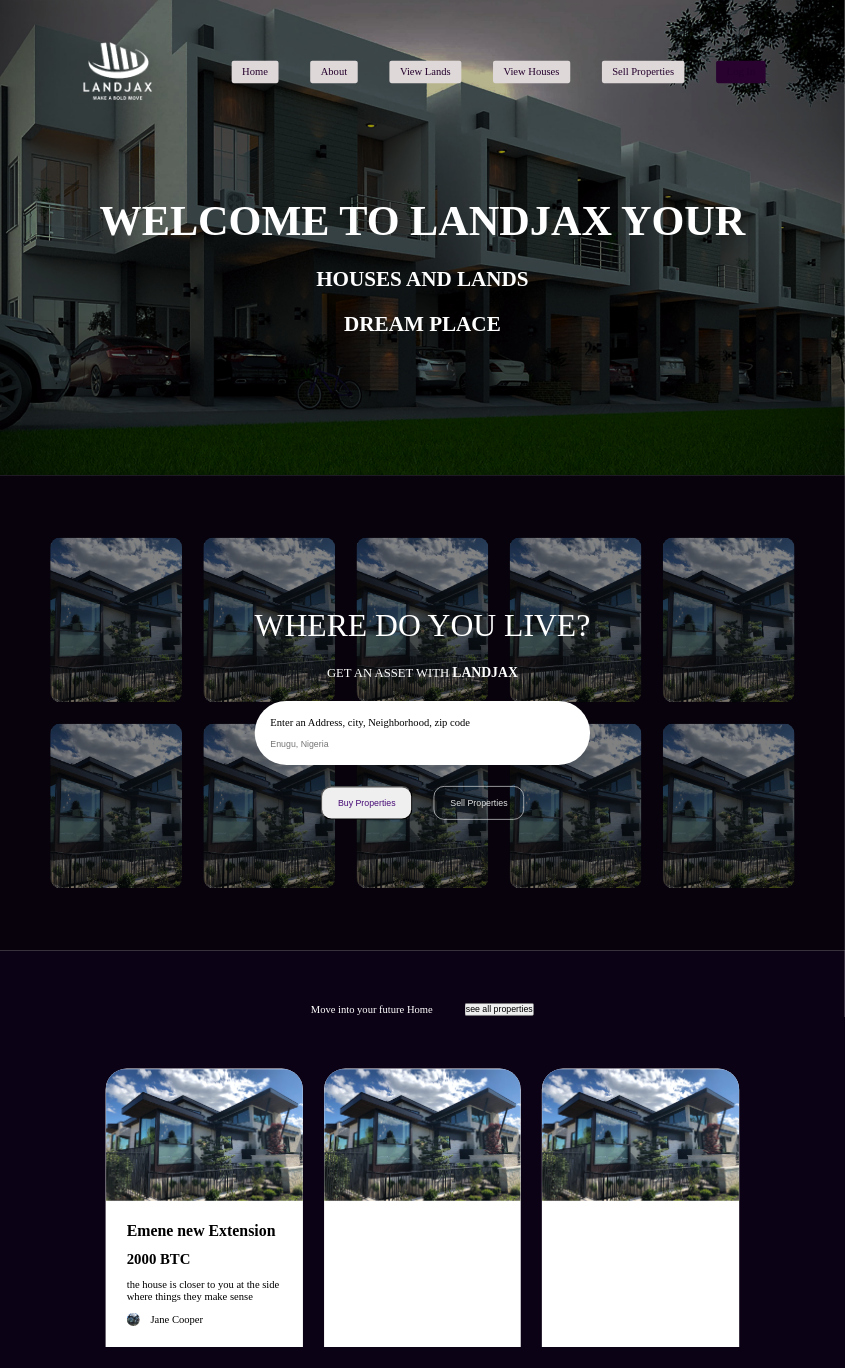
Repository: NorVirae/landjax-frontend
Page: /
An editor plug-in stored every save of this project. The page is shown before and after a run of saves, followed by the edit.
The browser window is 1280 px wide. The pictures show the whole page, at 66% of full size.
The project was rebuilt for these pictures with package versions that can differ from the ones it lists, and the page was loaded fresh each time. The framework's server and built-in components were replaced by stand-ins that run in the browser. Also part of the build but not shown: next.config.js.

Above is the page before, as saved 2022-07-03 06:41:50.

After the next 2 saves:
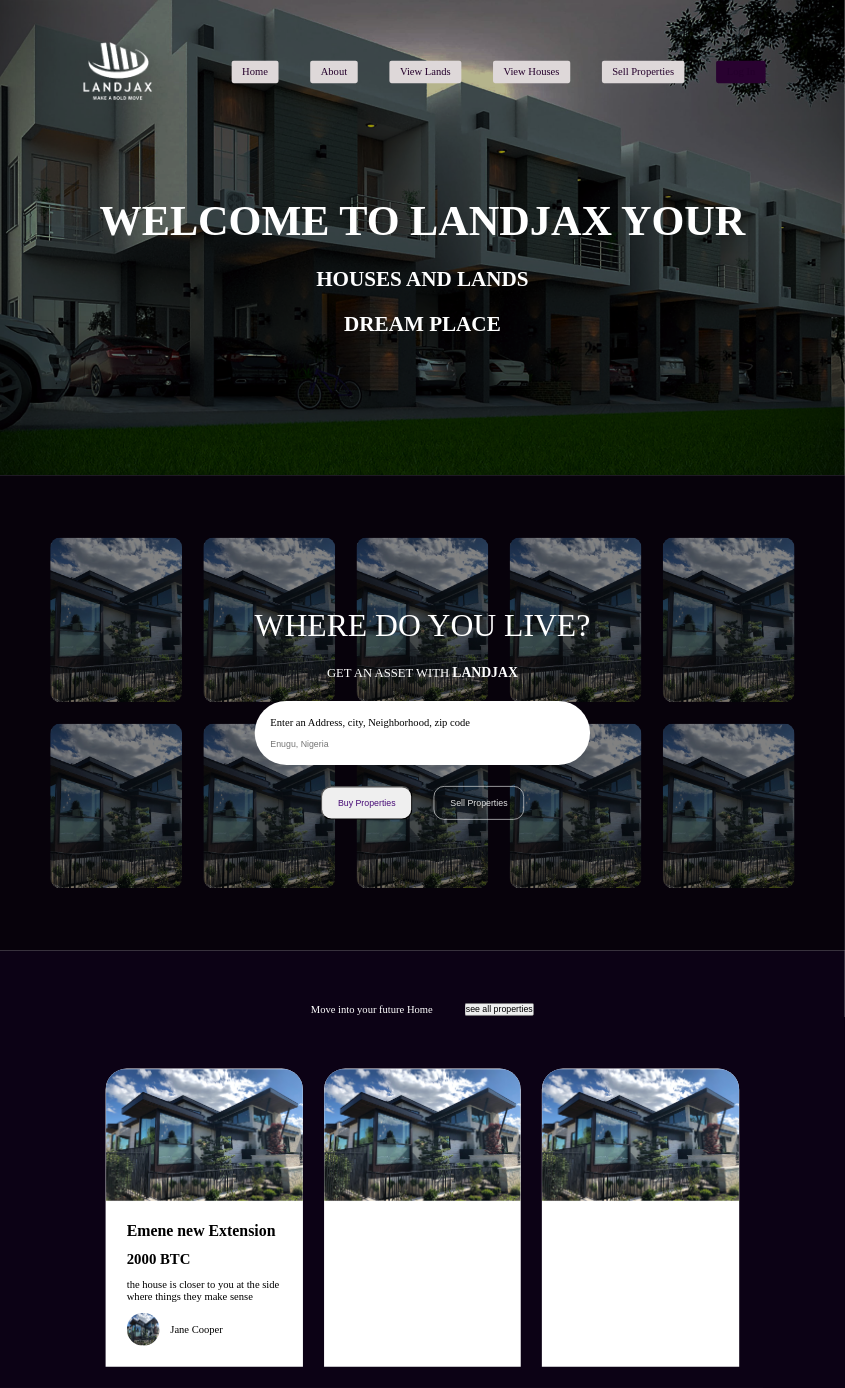
The 2 saves are shown as one change because they came seconds apart.
The last was saved 21 s later.
--- a/pages/index.tsx
+++ b/pages/index.tsx
@@ -89,7 +89,7 @@
                 </p>
 
                 <div className='future__profile-container'>
-                  <Image src={HouseImg} height="20rem" width={"20rem"} className="future__profile-img" />
+                  <Image src={HouseImg} height="50rem" width={"50rem"} className="future__profile-img" />
                   Jane Cooper
                 </div>
               </div>
